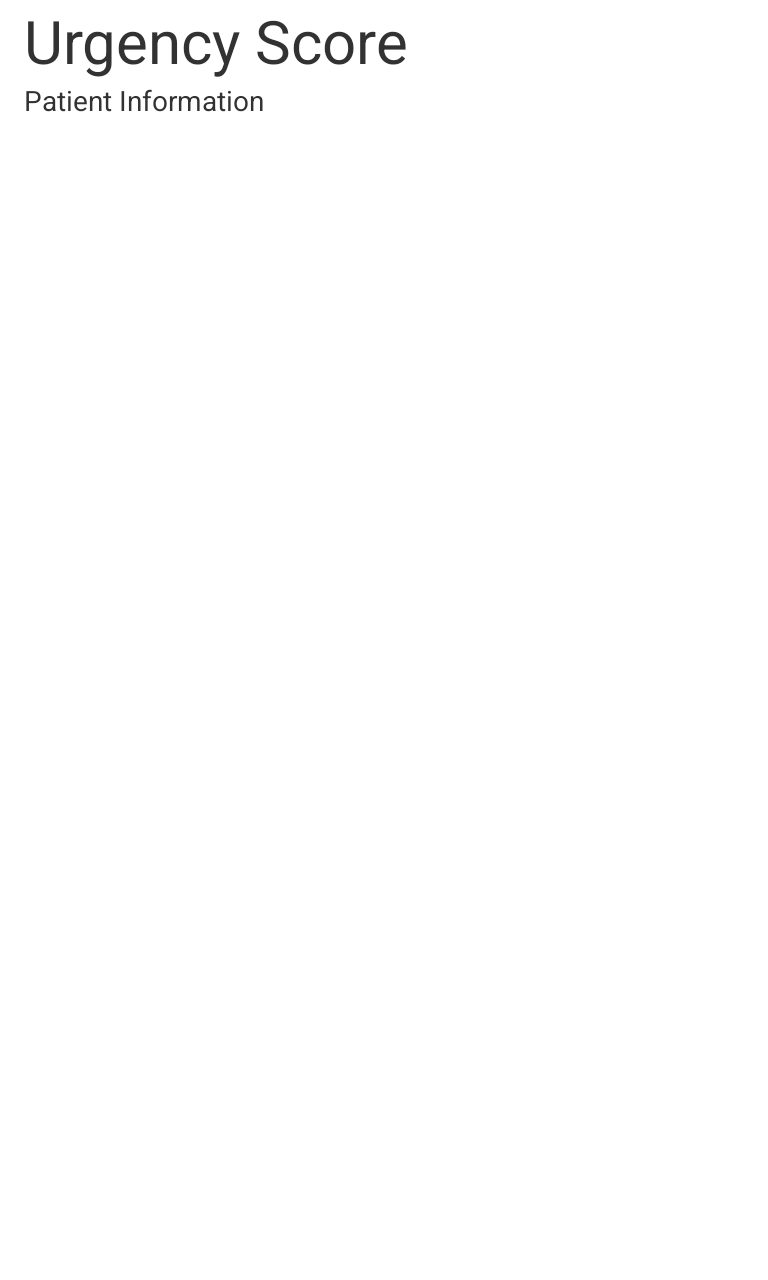
Repository: wangyuan0915/ER
Layout: workspace2/phase3/res/layout/activity_urgency_list_help.xml
An editor plug-in stored every save of this project. The layout is shown before and after the next save, followed by the edit.
It is drawn on a 768 x 1280 px phone screen (xhdpi) without system bars, with theme AppTheme; the app's code is not run.

Above is the layout before, as saved 2013-11-26 02:30:36.

### workspace2/phase3/res/layout/activity_urgency_list_help.xml
<?xml version="1.0" encoding="utf-8"?>
<RelativeLayout
	android:id="@+id/RelativeLayout01"
	android:layout_width="fill_parent"
	xmlns:android="http://schemas.android.com/apk/res/android"
	android:layout_height="wrap_content"
	android:paddingBottom="4dip"
	android:paddingLeft="12dip"
	android:paddingRight="12dip">

<TextView
    android:id="@+id/ItemTitle"
    android:layout_width="fill_parent"
    android:layout_height="wrap_content"
    android:text="@string/urgency_score"
    android:textSize="30sp" />

<TextView
    android:id="@+id/ItemText"
    android:layout_width="fill_parent"
    android:layout_height="wrap_content"
    android:layout_below="@+id/ItemTitle"
    android:text="@string/patient_information" />

</RelativeLayout>

### workspace2/phase3/res/values/strings.xml
<?xml version="1.0" encoding="utf-8"?>
<resources>

    <string name="app_name">phase3</string>
    <string name="action_settings">Settings</string>
    <string name="hello_world">Hello world!</string>
    <string name="Login">Login</string>
    <string name="username">username</string>
    <string name="password">password</string>
    <string name="Nurse">Nurse</string>
    <string name="Physician">Physician</string>
    <string name="login">login</string>
    <string name="title_activity_choice">ChoiceActivity</string>
    <string name="title_activity_physician__choice">Physician_ChoiceActivity</string>
    <string name="Hello">Hello</string>
    <string name="Add_a_new_patient">Add a new patient</string>
    <string name="Add_VitalSign">Add VitalSign</string>
    <string name="title_activity_new_patient">NewPatientActivity</string>
    <string name="title_activity_add_vital_sign">AddVitalSignActivity</string>
    <string name="New_Patient">New Patient</string>
    <string name="patient_name">patient\'s name</string>
    <string name="Health_Card_Number">Health Card Number</string>
    <string name="Birthday">Birthday</string>
    <string name="Year">Year</string>
    <string name="Month">Month</string>
    <string name="Day">Day</string>
    <string name="Date">Date</string>
    <string name="Time">Time</string>
    <string name="Hour">Hour</string>
    <string name="Minute">Minute</string>
    <string name="Submit">Submit</string>
    <string name="VitalSign">VitalSign</string>
    <string name="Temperature">Temperature</string>
    <string name="Systolic">Systolic</string>
    <string name="Diastolic">Diastolic</string>
    <string name="Heartrate">Heartrate</string>
    <string name="View_Patient_Record">View Patient\'s Record</string>
    <string name="Add_Prescription">Add Prescription</string>
    <string name="title_activity_view_patient_record">ViewPatientRecord</string>
    <string name="title_activity_add_prescription">AddPrescription</string>
    <string name="Medication">Medication</string>
    <string name="Instruction">Instruction</string>
    <string name="Urgency_List">Urgency List</string>
    <string name="Record_check_in_time">Record Check-inTime</string>
    <string name="title_activity_urgency_list">UrgencyListActivity</string>
    <string name="title_activity_check_time">CheckTimeActivity</string>
    <string name="urgency_score">Urgency Score</string>
    <string name="patient_information">Patient Information</string>

</resources>

Loaded but not shown: workspace2/phase3/res/values/styles.xml (common file); workspace2/phase3/res/values-v11/styles.xml (common file); workspace2/phase3/res/values-v14/styles.xml (common file)

After the next save:
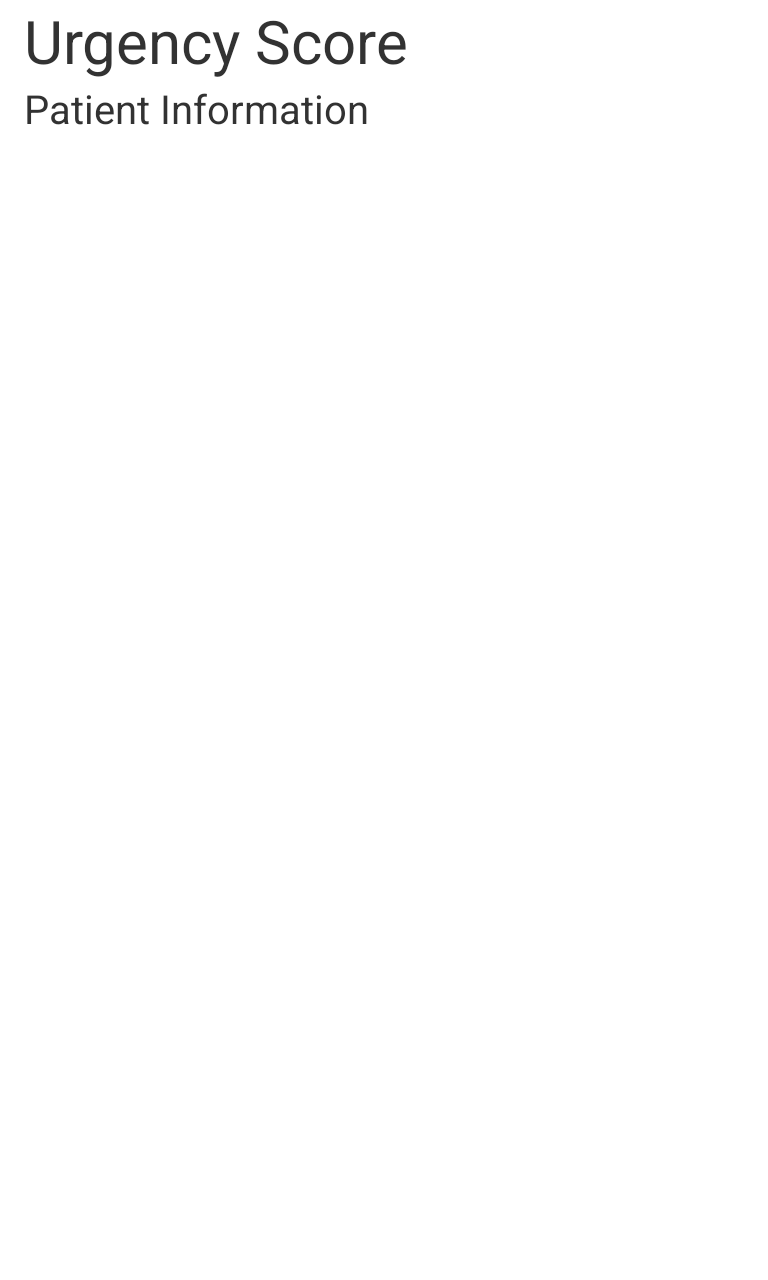
Saved 11 s later.
--- a/workspace2/phase3/res/layout/activity_urgency_list_help.xml
+++ b/workspace2/phase3/res/layout/activity_urgency_list_help.xml
@@ -20,6 +20,7 @@
     android:layout_width="fill_parent"
     android:layout_height="wrap_content"
     android:layout_below="@+id/ItemTitle"
-    android:text="@string/patient_information" />
+    android:text="@string/patient_information"
+    android:textSize="20sp"/>
 
 </RelativeLayout>
